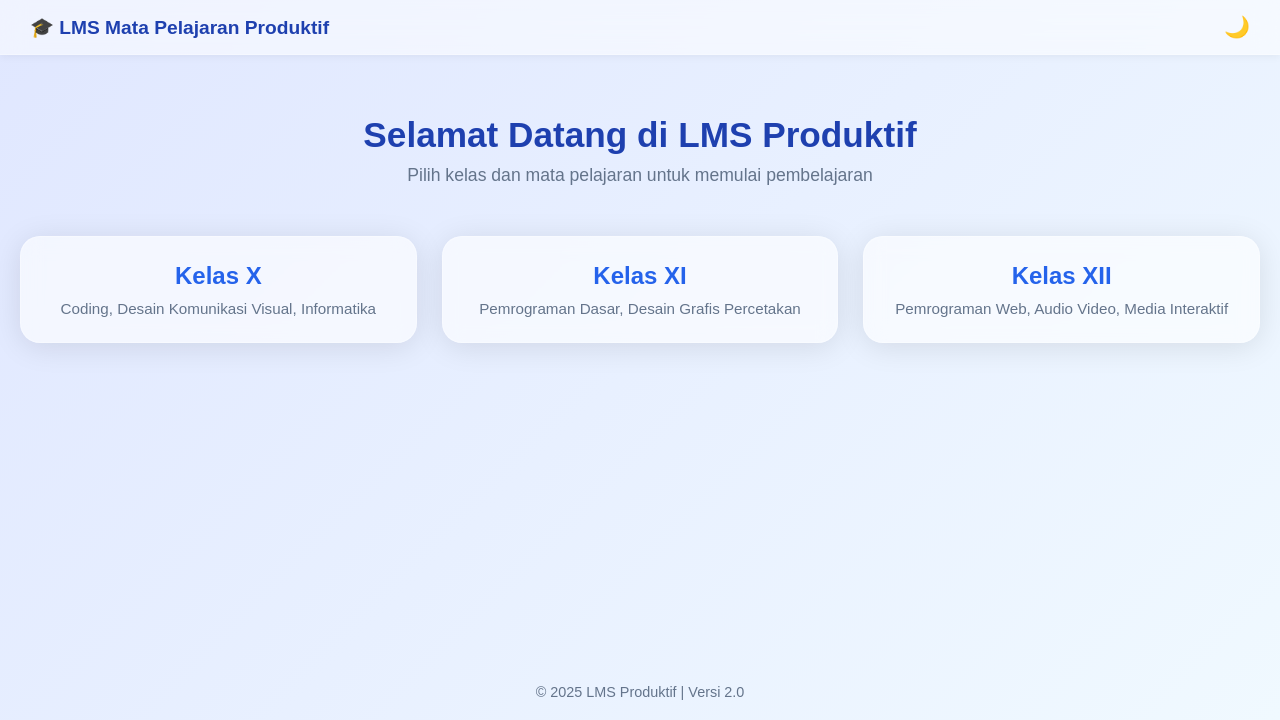
Repository: smkmutipugademak/elearning
Page: index.html
These files come from the project's save history. The page is drawn as it stood at one moment and after the next save; the edit follows.
The browser window is 1280 px wide. The pictures show the whole page.

Above is the page before, as saved 2025-11-07 01:22:39.

After the next save:
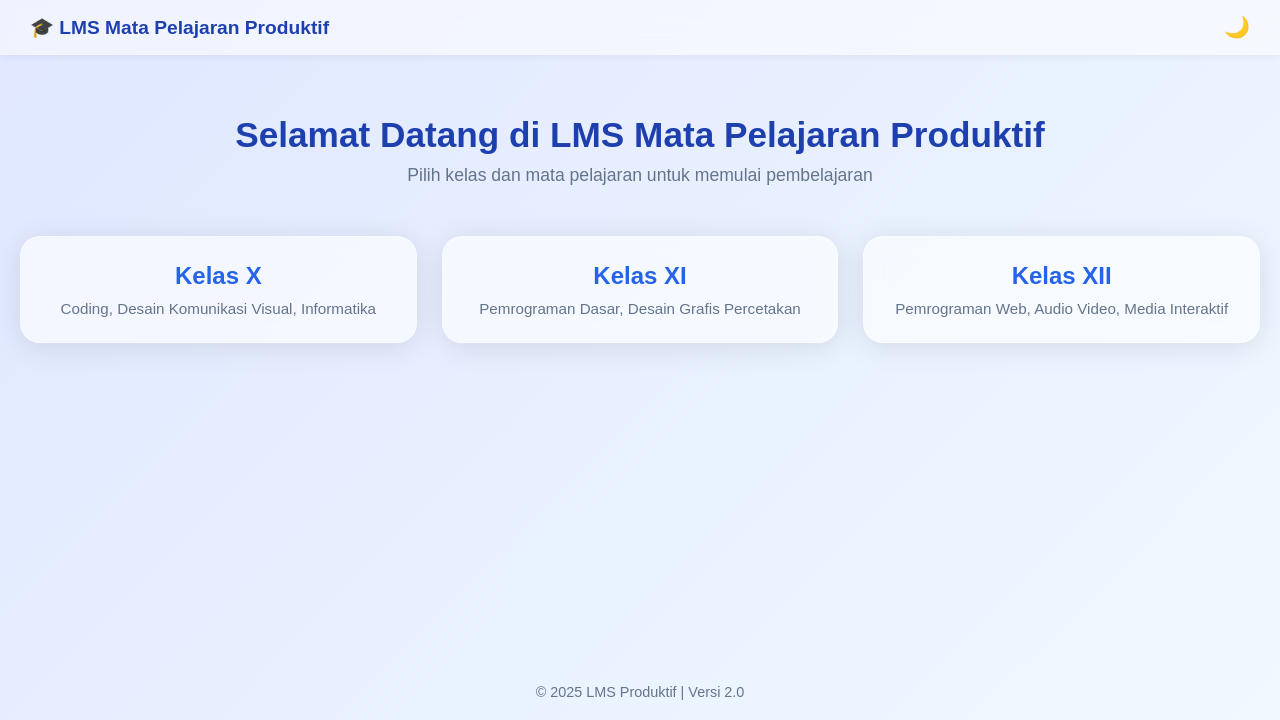
Saved 12 s later.
--- a/index.html
+++ b/index.html
@@ -15,7 +15,7 @@
     </header>
 
     <main class="dashboard">
-        <h1>Selamat Datang di LMS Produktif</h1>
+        <h1>Selamat Datang di LMS Mata Pelajaran Produktif</h1>
         <p class="subtitle">Pilih kelas dan mata pelajaran untuk memulai pembelajaran</p>
 
         <!-- PILIH KELAS -->
